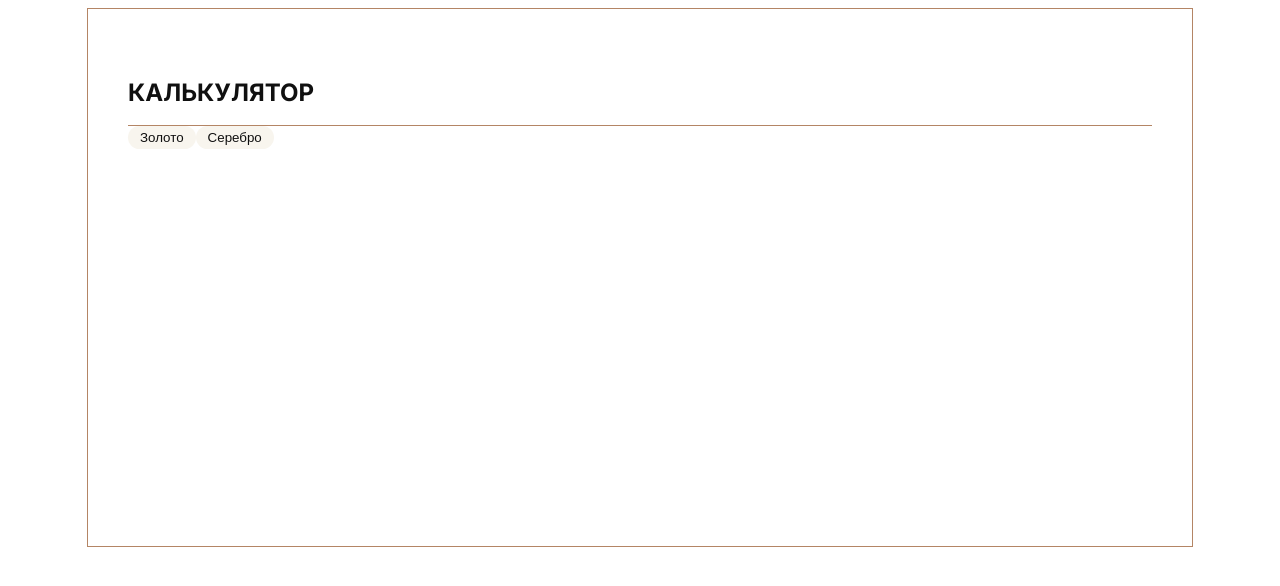
Repository: Kirill2034/Calculator-metal
Page: /
An editor plug-in stored every save of this project. The page is shown before and after the next save, followed by the edit.
The browser window is 1280 px wide. The pictures show the whole page.
The project was rebuilt for these pictures with package versions that can differ from the ones it lists, and the page was loaded fresh each time.

Above is the page before, as saved 2021-11-27 16:28:01.

### public/index.html
<!DOCTYPE html>
<html lang="en">
  <head>
    <meta charset="utf-8" />
    <meta name="viewport" content="width=device-width, initial-scale=1" />

    <link rel="preconnect" href="https://fonts.googleapis.com">
    <link rel="preconnect" href="https://fonts.gstatic.com" crossorigin>
    <link href="https://fonts.googleapis.com/css2?family=Inter:wght@300;400;500;700&display=swap" rel="stylesheet">

    <title>Калькулятор</title>
  </head>
  <body>
    <div id="root"></div>
  </body>
</html>

### src/App.js
import React, { useState } from 'react';
import './App.css';
import {BtnRadio} from './components/BtnRadio';

const metals = [
  {
    id: 1,
    code: "gold",
    title: "Золото",
    finenessList: [
      {id: 1, value: 375, cash: 90, checkingAccount: 100},
      {id: 1, value: 575, cash: 190, checkingAccount: 250}
    ]
  },
  {
    id: 1,
    code: "argent",
    title: "Серебро",
    finenessList: [
      {id: 1, value: 375, cash: 90, checkingAccount: 100},
      {id: 1, value: 575, cash: 190, checkingAccount: 250}
    ]
  },
]

const App = () => {

  const [selectedMetalId, setselectedMetalId] = useState(null);

  const onMetalItemClick = (id) => {
    setselectedMetalId(id);
  };

  return (
    <div className="App">
      <div className="title">
        <h2>Калькулятор</h2>
      </div>
      <div className="calculator">
        {metals.map((metal) => (
          <BtnRadio
            key={metal.id}
            item={metal}
            selected={selectedMetalId === metal.id}
            onClick={onMetalItemClick}
            />
        ))}
      </div>
    </div>
  );
}

export default App;

### src/App.css
.App {width: 1024px; height: 537px; border: 1px solid #B48565; margin: 0 auto; font-family: 'Inter', sans-serif; padding: 0 40px;}
.App .title {border-bottom: 1px solid #B48565; text-transform: uppercase; font-weight: 900; font-size: 16px; line-height: 24px; color: #101010; margin-top: 72px;}

### src/components/BtnRadio/index.js
import BtnRadio from './BtnRadio.js';
export {BtnRadio};

### src/components/BtnRadio/BtnRadio.js
import React from 'react';
import './BtnRadio.css';
import cn from "classnames";

const BtnRadio = ({title, item, selected, onClick}) => {
    return (
        <button
            className={cn("BtnRadio", {selected})}
            onClick={() => onClick(item.id)}
        >{item.title}</button>
    )
}

export default BtnRadio;

### src/components/BtnRadio/BtnRadio.css
.BtnRadio {border: none; box-shadow: none; outline: none; background: #F8F5EE; border-radius: 100px; padding: 4px 12px; color: #101010};
.selected {color: #F8F5EE; background: #B48565;}

Loaded but not shown: src/index.js (common file)

After the next save:
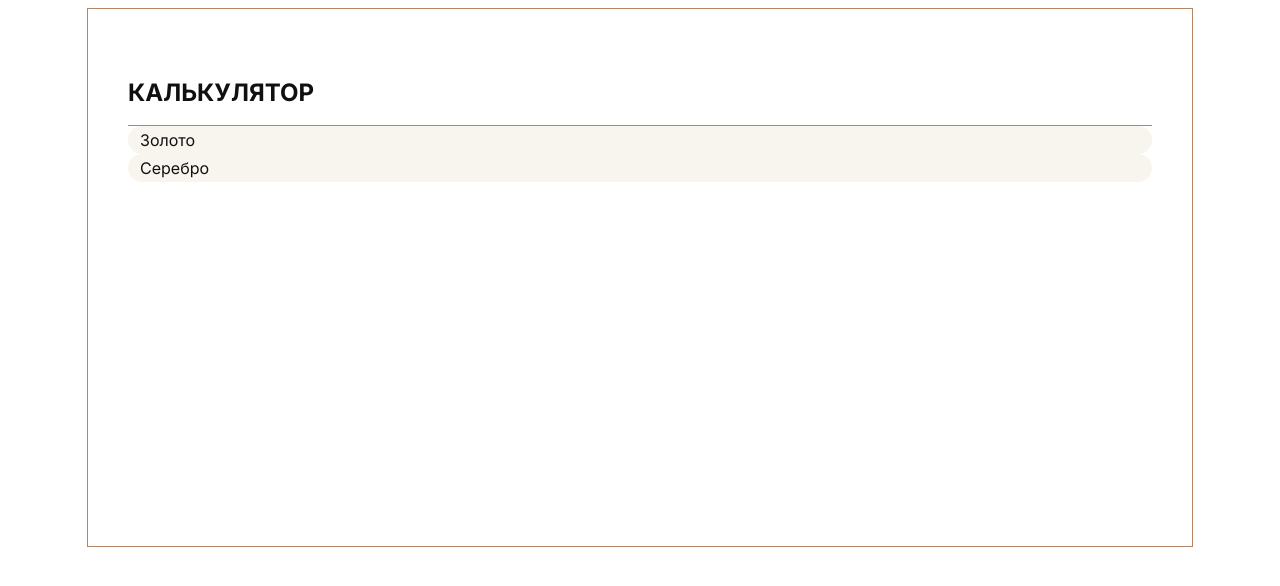
Saved 3 min 4 s later.
--- a/src/components/BtnRadio/BtnRadio.js
+++ b/src/components/BtnRadio/BtnRadio.js
@@ -2,12 +2,12 @@
 import './BtnRadio.css';
 import cn from "classnames";
 
-const BtnRadio = ({title, item, selected, onClick}) => {
+const BtnRadio = ({item, selected, onClick}) => {
     return (
-        <button
+        <div
             className={cn("BtnRadio", {selected})}
             onClick={() => onClick(item.id)}
-        >{item.title}</button>
+        >{item.title}</div>
     )
 }
 

After the 3 saves that followed:
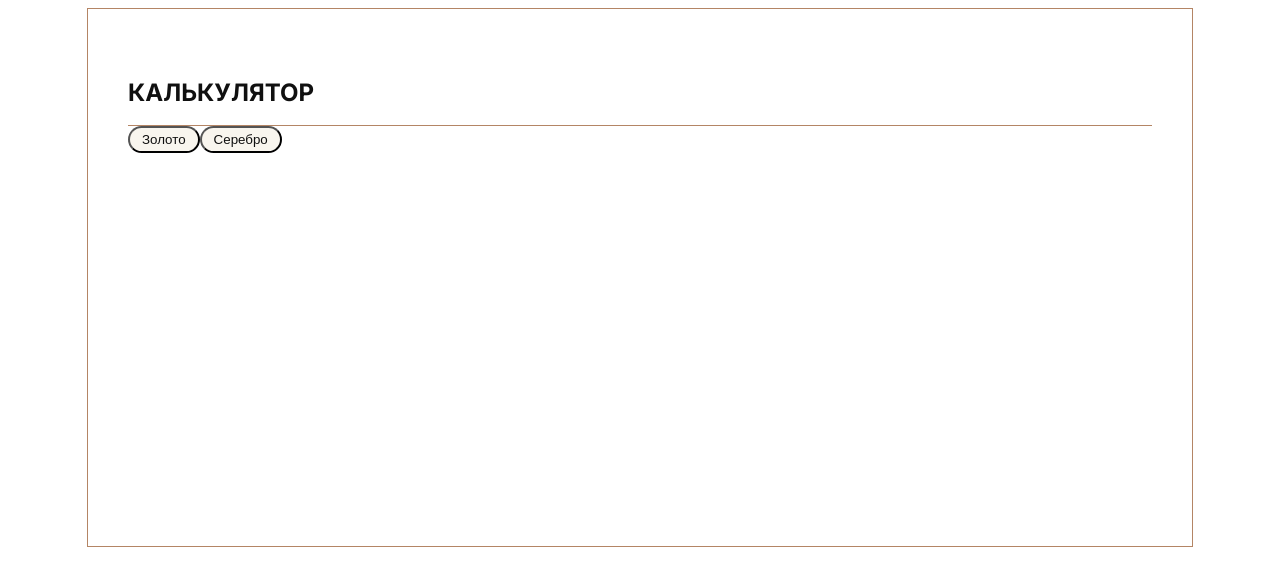
The 3 saves are shown as one change because 2 left the picture as it was.
The last was saved 84 s later.
--- a/src/components/BtnRadio/BtnRadio.js
+++ b/src/components/BtnRadio/BtnRadio.js
@@ -4,10 +4,10 @@
 
 const BtnRadio = ({item, selected, onClick}) => {
     return (
-        <div
+        <button
             className={cn("BtnRadio", {selected})}
             onClick={() => onClick(item.id)}
-        >{item.title}</div>
+        >{item.title}</button>
     )
 }
 
--- a/src/components/BtnRadio/BtnRadio.css
+++ b/src/components/BtnRadio/BtnRadio.css
@@ -1,2 +1,2 @@
-.BtnRadio {border: none; box-shadow: none; outline: none; background: #F8F5EE; border-radius: 100px; padding: 4px 12px; color: #101010};
-.selected {color: #F8F5EE; background: #B48565;}
+.BtnRadio {width: auto; background: #F8F5EE; border-radius: 100px; padding: 4px 12px; color: #101010};
+.BtnRadio.selected {color: #F8F5EE; background: #B48565;}
